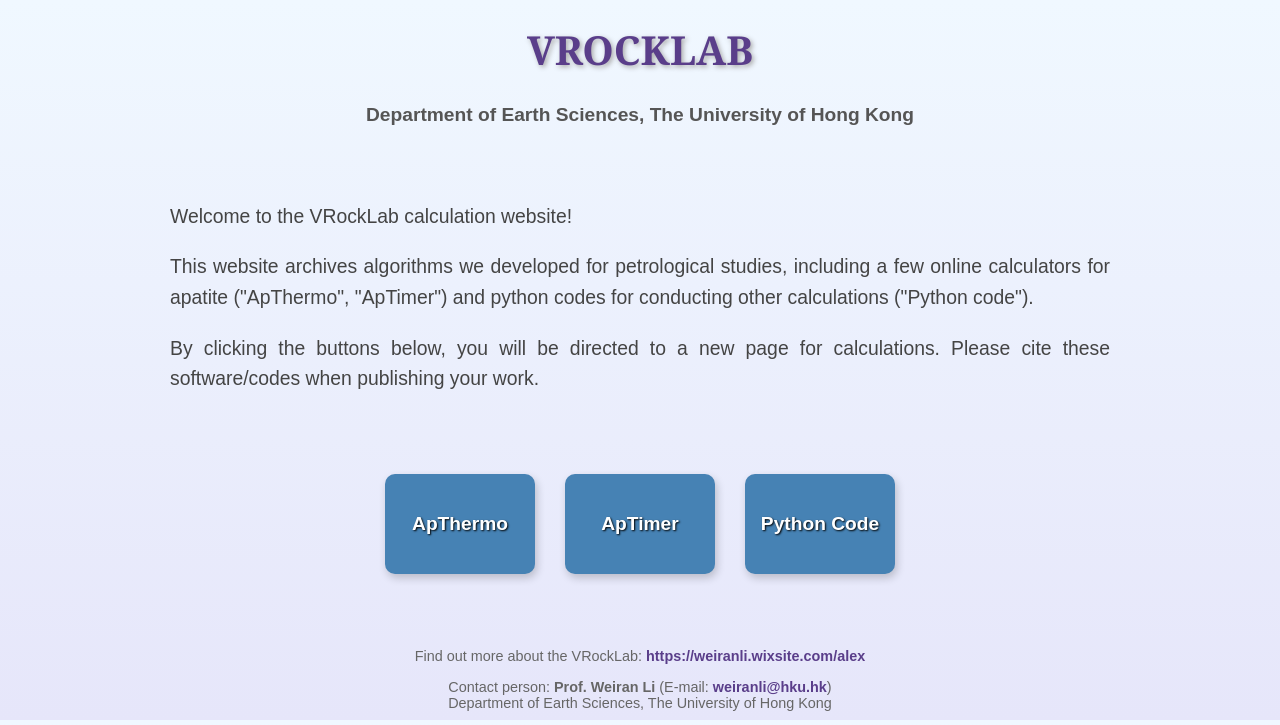
Repository: Abyss2019/home_page
Page: index.html
These files come from the project's save history. The page is drawn as it stood at one moment and after the next save; the edit follows.
The browser window is 1280 px wide. The pictures show the whole page.

Above is the page before, as saved 2025-04-06 10:29:56.

### index.html
<!DOCTYPE html>
<html lang="en">
<head>
    <meta charset="UTF-8">
    <meta name="viewport" content="width=device-width, initial-scale=1.0">
    <title>VROCKLAB</title>
    <style>
        body {
            font-family: Arial, sans-serif;
            margin: 0;
            padding: 0;
            /* background-image: url('./bg.webp'); */
            background: linear-gradient(to bottom, #f0f8ff, #e6e6fa);
            color: #333;
            display: flex;
            flex-direction: column;
            align-items: center;
            justify-content: center;
            height: 100vh;
        }

        header {
            text-align: center;
            /* margin-bottom: 30px; */
        }

        header h1 {
            font-size: 2.5em;
            font-family: 'Georgia', serif;
            text-shadow: 2px 2px 5px #aaa;
            color: #5a3e8a;
        }

        header h2 {
            font-size: 1.2em;
            margin-top: 5px;
            color: #555;
        }

        .intro {
        font-size: 1.1em;
        line-height: 1.6;
        text-align: justify;
        color: #444;
        /* background-color: #f2f6ff; */
        padding: 20px 30px;
        border-radius: 12px;
        /* box-shadow: 0 2px 5px rgba(0, 0, 0, 0.1); */
        max-width: 1000px;
        }

        /* .indent p {
        text-indent: 2em;
        margin-bottom: 1em;
        } */


        .buttons-container {
            display: flex;
            gap: 30px;
            margin: 20px 0;
        }

        .button {
            display: flex;
            align-items: center;
            justify-content: center;
            width: 150px;
            height: 100px;
            background-color: #4682b4;
            border-radius: 10px;
            box-shadow: 2px 4px 8px rgba(0, 0, 0, 0.2);
            color: #fff;
            font-size: 1.2em;
            font-weight: bold;
            text-decoration: none;
            text-shadow: 1px 1px 2px #000;

        }
        .button:hover{
          transform: scale(1.05);
        }

        footer {
            margin-top: 40px;
            font-size: 0.9em;
            color: #666;
            text-align: center;
        }

        footer a {
            color: #5a3e8a;
            text-decoration: none;
            font-weight: bold;
        }

        footer a:hover {
            text-decoration: underline;
        }
    </style>
</head>
<body>
    <header>
        <h1>VROCKLAB</h1>
        <h2>Department of Earth Sciences, The University of Hong Kong</h2>
    </header>

    <div class="intro">
        <div class="intro indent">
        <p>Welcome to the VRockLab calculation website!</p>
        <p>This website archives algorithms we developed for petrological studies, including a few online calculators for apatite ("ApThermo", "ApTimer") and python codes for conducting other calculations ("Python code").</p>
        <p>By clicking the buttons below, you will be directed to a new page for calculations. Please cite these software/codes when publishing your work.</p>
        </div>
    </div>

    <div class="buttons-container">
        <a href="https://vrocklab.hku.hk/ApThermo/" target="_blank" class="button">ApThermo</a>
        <a href="https://vrocklab.hku.hk/ApTimer/" target="_blank" class="button">ApTimer</a>
        <a href="https://vrocklab.hku.hk/python-code/" target="_blank" class="button">Python Code</a>
    </div>

    <footer>
        <p>
            Find out more about the VRockLab:
            <a href="https://weiranli.wixsite.com/alex" target="_blank">https://weiranli.wixsite.com/alex</a>
        </p>
        <p>
            Contact person: <strong>Prof. Weiran Li</strong> (E-mail:
            <a href="mailto:weiranli@hku.hk">weiranli@hku.hk</a>)<br>
            Department of Earth Sciences, The University of Hong Kong
        </p>
    </footer>
</body>
</html>

After the next save:
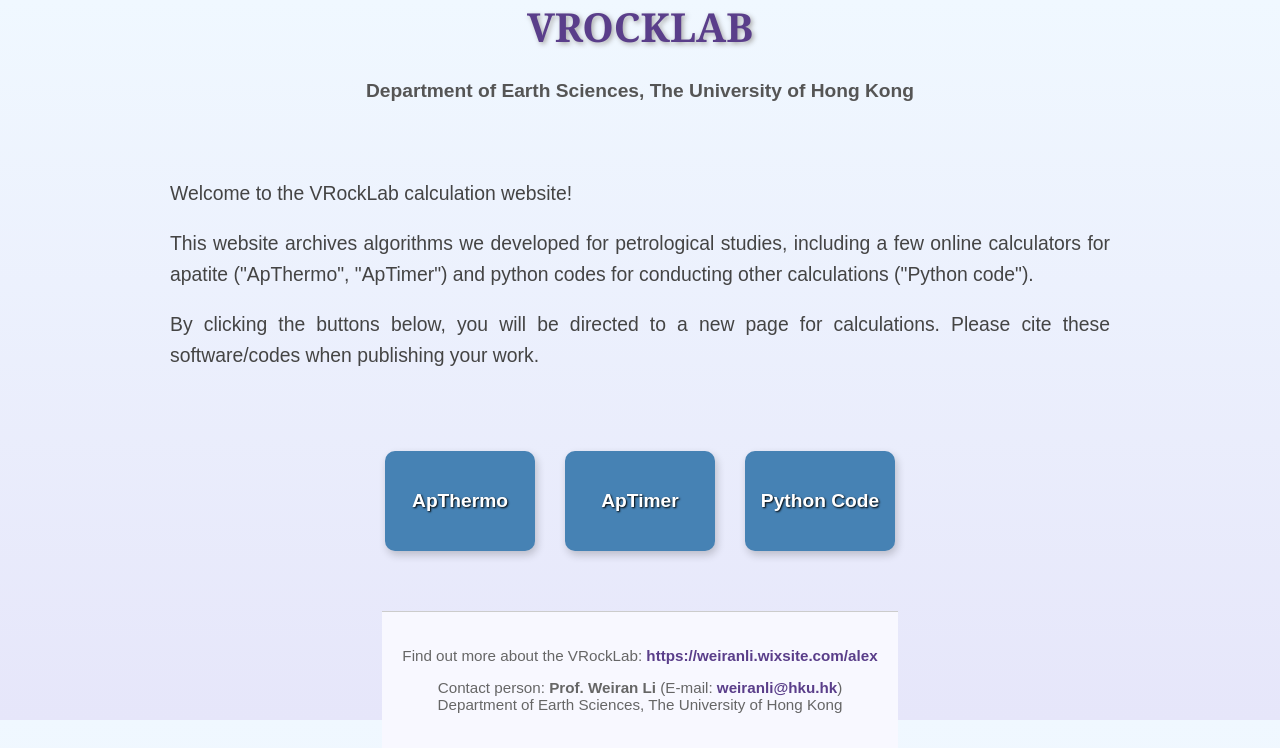
Saved 34 s later.
--- a/index.html
+++ b/index.html
@@ -82,20 +82,23 @@
         }
 
         footer {
-            margin-top: 40px;
-            font-size: 0.9em;
-            color: #666;
-            text-align: center;
+        margin-top: 40px;
+        font-size: 0.95em;
+        color: #666;
+        text-align: center;
+        padding: 20px;
+        background-color: #f8f8ff;
+        border-top: 1px solid #ccc;
         }
 
         footer a {
-            color: #5a3e8a;
-            text-decoration: none;
-            font-weight: bold;
+        color: #5a3e8a;
+        text-decoration: none;
+        font-weight: bold;
         }
 
         footer a:hover {
-            text-decoration: underline;
+        text-decoration: underline;
         }
     </style>
 </head>
